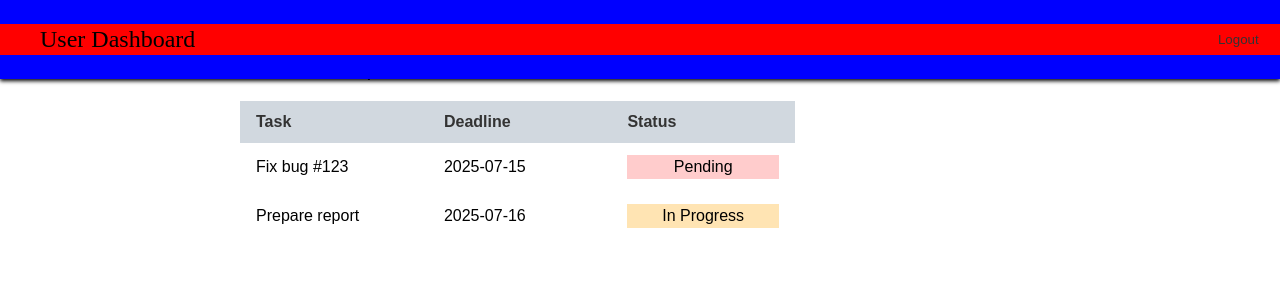
Repository: Edmund-Kiama/todoPHP
Page: /user (app in task-manager-frontend/)
An editor plug-in stored every save of this project. The page is shown before and after the next save, followed by the edit.
The browser window is 1280 px wide. The pictures show the whole page.
The project was rebuilt for these pictures with package versions that can differ from the ones it lists, and the page was loaded fresh each time. Also part of the build but not shown: task-manager-frontend/vite.config.js, task-manager-frontend/src/components/Login/login.css, task-manager-frontend/src/components/Login/Login.vue, task-manager-frontend/src/components/Admin/admin.css, task-manager-frontend/src/components/Admin/AdminDashboard.vue.

Above is the page before, as saved 2025-07-12 22:27:33.

### task-manager-frontend/src/App.vue
<script setup>
  import Navbar from './components/Navbar/Navbar.vue';
  import { store } from './store';
</script>

<template>
  <Navbar />
  <router-view />
</template>

### task-manager-frontend/src/router/index.js
import { createRouter, createWebHistory } from 'vue-router';
import Login from '../components/Login/Login.vue';
import AdminDashboard from '../components/Admin/AdminDashboard.vue';
import UserDashboard from '../components/User/UserDashboard.vue';

const routes = [
  { path: '/', name: 'Login', component: Login },
  { path: '/admin', name: 'AdminDashboard', component: AdminDashboard },
  { path: '/user', name: 'UserDashboard', component: UserDashboard }
];

const router = createRouter({
  history: createWebHistory(),
  routes
});

export default router;

### task-manager-frontend/src/components/Navbar/Navbar.vue

<template>
  <nav v-if="store.user.loggedIn" class="navbar">
    <ul>
      <li v-if="user.role === 'admin'">Admin Dashboard</li>
      <li v-if="user.role === 'user'">User Dashboard</li>
      <li><button @click="logout">Logout</button></li>
    </ul>
  </nav>
</template>

<script setup>
  import "./nav.css"
  import { store } from '../../store'
  import { useRouter } from 'vue-router'

  const router = useRouter()

  const user = store.user
  if (!user.loggedIn) router.push('/')

  function logout() {
    store.user.role = null
    store.user.loggedIn = false
    localStorage.removeItem('token')
    router.push('/')
  }
</script>

### task-manager-frontend/src/store.js
import { reactive } from 'vue'

export const store = reactive({
  user: {
    role: "user",
    loggedIn: true,
    username: "Nick"
  },
})

### task-manager-frontend/src/components/User/UserDashboard.vue
<script setup>
  import './user.css'
  import { ref, computed } from 'vue';
  import { store } from '../../store';

  // Mocked logged-in user
  const currentUser = 'user@example.com';
  const user = store.user

  // Mocked task list — in a real app, fetch from backend
  const allTasks = ref([
    { title: 'Fix bug #123', user: 'user@example.com', deadline: '2025-07-15', status: 'Pending' },
    { title: 'Prepare report', user: 'user@example.com', deadline: '2025-07-16', status: 'In Progress' },
    { title: 'Update Docs', user: 'bob@example.com', deadline: '2025-07-17', status: 'Pending' }
  ]);

  const userTasks = computed(() =>
    allTasks.value.filter(task => task.user === currentUser)
  );

  function nextStatus(status) {
    if (status === 'Pending') return 'In Progress';
    if (status === 'In Progress') return 'Completed';
    return '';
  }

  function advanceStatus(index) {
    const task = userTasks.value[index];
    if (task.status === 'Pending') {
      task.status = 'In Progress';
    } else if (task.status === 'In Progress') {
      task.status = 'Completed';
    }
  }
  function statusClass(status) {
    return {
      'status-completed': status === 'Completed',
      'status-inprogress': status === 'In Progress',
      'status-pending': status === 'Pending',
    }
  }
</script>
<template>
    <div class="user-dashboard">
      <section>
        <h3>Welcome {{ user.username }},</h3>

        <table v-if="userTasks.length">
          <thead>
            <tr>
              <th>Task</th><th>Deadline</th><th>Status</th>
            </tr>
          </thead>
          <tbody>
            <tr v-for="(task, index) in userTasks" :key="index">
              <td>{{ task.title }}</td>
              <td>{{ task.deadline }}</td>
              <td ><div :class="statusClass(task.status)">{{ task.status }}</div></td>
              <td>
                <button
                  v-if="task.status !== 'Completed'"
                  @click="advanceStatus(index)"
                >
                  Mark as {{ nextStatus(task.status) }}
                </button>
              </td>
            </tr>
          </tbody>
        </table>

        <p v-else>No tasks assigned to you.</p>
      </section>
    </div>
</template>

### task-manager-frontend/src/components/Navbar/nav.css
.navbar {
    background: blue;
    margin: 0;
    padding: 0;
    position: fixed;
    box-shadow: 0 2px 4px rgba(0, 0, 0, 1);
    width: 100%;
    top: 0;
    left: 0;
    right: 0;
}
.navbar ul {
    display: flex;
    background-color: red;
    justify-content: space-between;
    align-items: center;
    gap: 1rem;
    list-style: none;
    font-size: 1.5em;
}
.navbar ul li {
    display: flex;
    align-items: center;
}
.navbar button {
    text-decoration: none;
    background: none;
    border: none;
    padding: 0.5rem;
    border-radius: 5px;
    color: #333;
    transition: all;
    transition-duration: 300ms;
    cursor: pointer;
    margin-right: 1em;
}
.navbar button:hover {
    background-color:  #3498db;
    color: white;
}

### task-manager-frontend/src/components/User/user.css
.user-dashboard {
    max-width: 800px;
    margin: 2rem auto;
    margin-top: 60px;
    font-family: Arial, sans-serif;
}

.user-dashboard table {
    width: 100%;
    border-collapse: collapse;
    margin-top: 1rem;
    font-family: sans-serif;
    border: none; /* remove outer border */
}
.user-dashboard th,
.user-dashboard td {
    padding: 0.75rem 1rem;
    text-align: left;
    border: none; /* remove inner lines */
    vertical-align: middle;
    min-width: 100px;
}

.user-dashboard th {
    background-color: #d1d8df;
    font-weight: bold;
    color: #333;
}

.user-dashboard td button {
    visibility: hidden;
    background-color: #4DA2F7;
    color: white;
    border: none;
    padding: 5px 10px;
    margin-right: 5px;
    border-radius: 4px;
    cursor: pointer;
    transition: background-color 0.2s ease;
}

.user-dashboard button:hover {
    background-color: #1c74d9;
}

.user-dashboard tr:hover td button {
    visibility: visible;
}

.user-dashboard tr:hover {
    background-color: #f0f8ff;
}
.user-dashboard .status-completed {
    background-color: rgba(0, 128, 0, 0.189);
    text-align: center;
    padding: 0.2em;
}

.user-dashboard .status-inprogress {
    text-align: center;
    background-color: rgba(255, 166, 0, 0.297);
    padding: 0.2em;
}

.user-dashboard .status-pending {
    text-align: center;
    background-color: rgba(255, 0, 0, 0.2);
    padding: 0.2em;
}

Loaded but not shown: task-manager-frontend/index.html (common file); task-manager-frontend/src/main.js (common file)

After the next save:
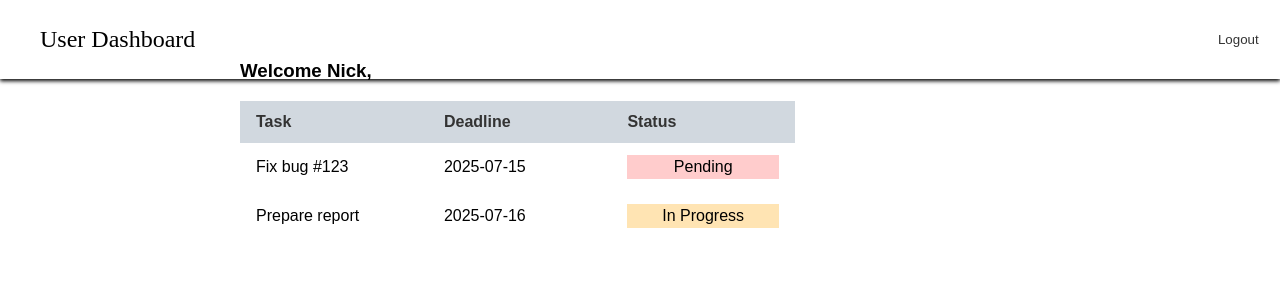
Saved 10 s later.
--- a/task-manager-frontend/src/components/Navbar/nav.css
+++ b/task-manager-frontend/src/components/Navbar/nav.css
@@ -1,5 +1,4 @@
 .navbar {
-    background: blue;
     margin: 0;
     padding: 0;
     position: fixed;
@@ -11,7 +10,6 @@
 }
 .navbar ul {
     display: flex;
-    background-color: red;
     justify-content: space-between;
     align-items: center;
     gap: 1rem;
